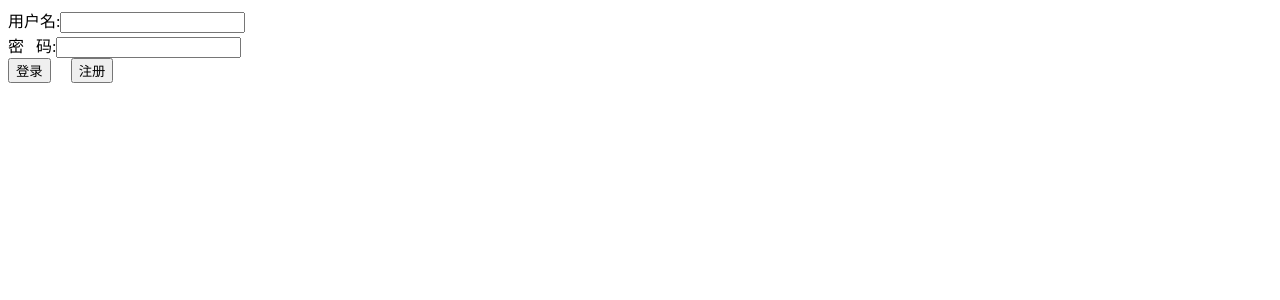
Repository: AAJAAJ/eclipse-workspace
Page: http://localhost/Supermarket/login.jsp
These files come from the project's save history. The page is drawn as it stood at one moment and after the next save; the edit follows.
The browser window is 1280 px wide. The pictures show the whole page.
The page is served by Tomcat 9.

Above is the page before, as saved 2019-09-25 10:56:38.

After the next save:
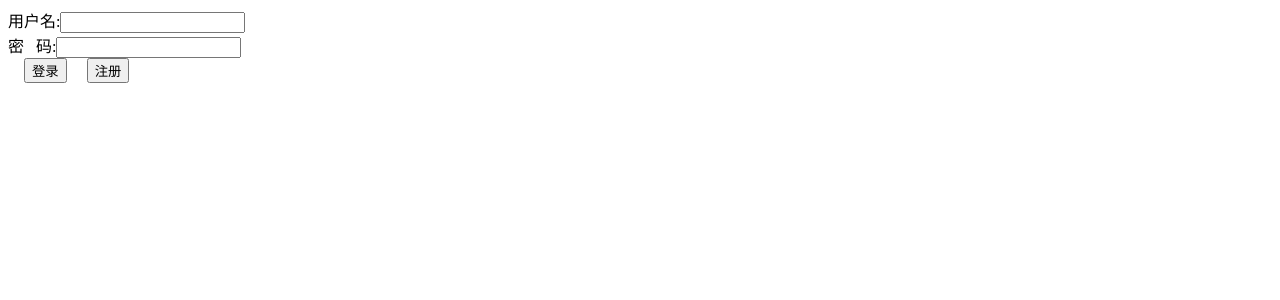
Saved 11 s later.
--- a/Supermarket/WebContent/login.jsp
+++ b/Supermarket/WebContent/login.jsp
@@ -13,6 +13,7 @@
 		<br />
 		密&nbsp;&nbsp;&nbsp;码:<input type="text" name="password" id="password" />
 		<br />
+		&nbsp;&nbsp;&nbsp;
 		<input type="submit" value="登录"/>
 		&nbsp;&nbsp;&nbsp;
 		<input type="submit" value="注册"/>
